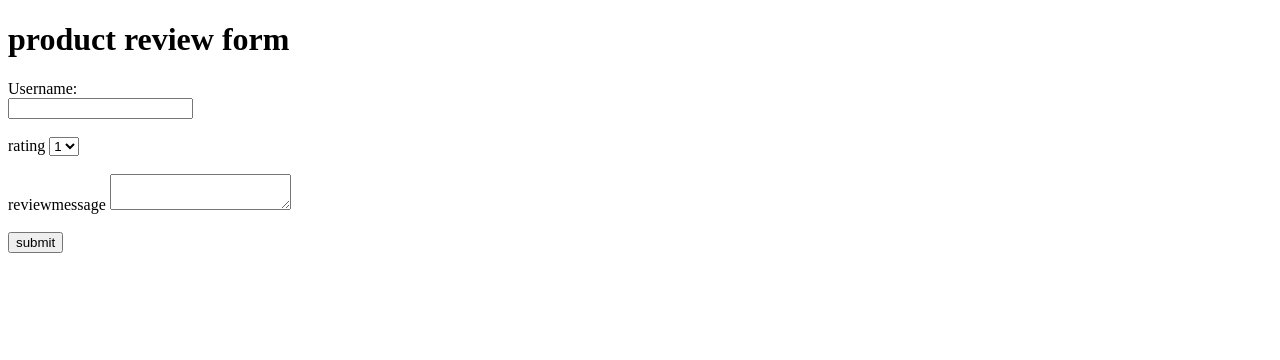
Repository: avishahir4812-crypto/Web-Development-Assignment
Page: session 3/form.html
An editor plug-in stored every save of this project. The page is shown before and after the next save, followed by the edit.
The browser window is 1280 px wide. The pictures show the whole page.

Above is the page before, as saved 2026-06-28 10:04:07.

After the next save:
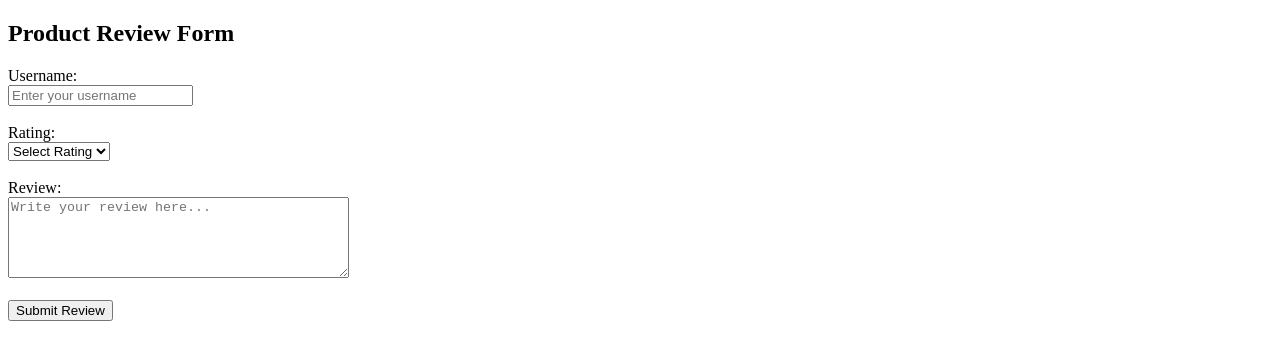
Saved 7 min 37 s later.
--- a/session 3/form.html
+++ b/session 3/form.html
@@ -2,27 +2,51 @@
 <html lang="en">
 <head>
     <meta charset="UTF-8">
-    <meta name="viewport" content="width=device-width, initial-scale=1.0">
-    <title>flipcart-style rating</title>
+    <title>Flipkart Product Review</title>
 </head>
 <body>
-    <h1>product review form</h1>
-    <form action="" method="post">
-       <label for="username">Username:</label><br>
-    <input type="text" id="username" name="username" required><br><br>
 
-        <label for="rating">rating</label>
-        <select id="rating" name="rating"required>
-            <option value="1">1</option>
-            <option value="2">2</option>
-            <option value="3">3</option>
-            <option value="4">4</option>
-            <option value="5">5</option>
-        </select><br><br>
+    <h2>Product Review Form</h2>
 
-        <label for="review">reviewmessage</label>
-        <textarea id="review" name="review" required></textarea><br><br>
-        <button type="submit">submit</button>
+    <form>
+
+
+        <label for="username">Username:</label><br>
+        <input
+            type="text"
+            id="username"
+            name="username"
+            placeholder="Enter your username"
+            required>
+        <br><br>
+
+
+        <label for="rating">Rating:</label><br>
+        <select id="rating" name="rating" required>
+            <option value="" selected disabled>Select Rating</option>
+            <option value="5">Excellent</option>
+            <option value="4">Very Good</option>
+            <option value="3">Good</option>
+            <option value="2">Fair</option>
+            <option value="1">Poor</option>
+        </select>
+        <br><br>
+
+
+        <label for="review">Review:</label><br>
+        <textarea
+            id="review"
+            name="review"
+            rows="5"
+            cols="40"
+            placeholder="Write your review here..."
+            minlength="20"
+            required></textarea>
+        <br><br>
+
+        <button type="submit">Submit Review</button>
+
     </form>
+
 </body>
 </html>
